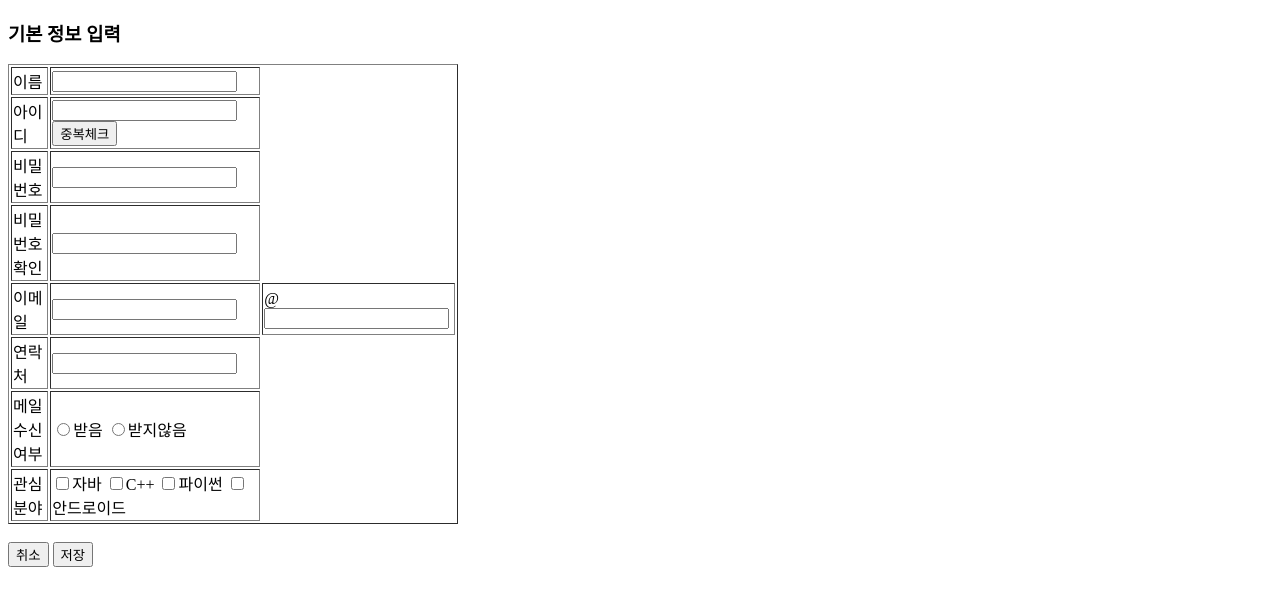
Repository: angelSuho/KCC_Learning_Repo
Page: Html/WebContent/mission03.html
An editor plug-in stored every save of this project. The page is shown before and after the next save, followed by the edit.
The browser window is 1280 px wide. The pictures show the whole page.

Above is the page before, as saved 2024-07-08 06:27:47.

After the next save:
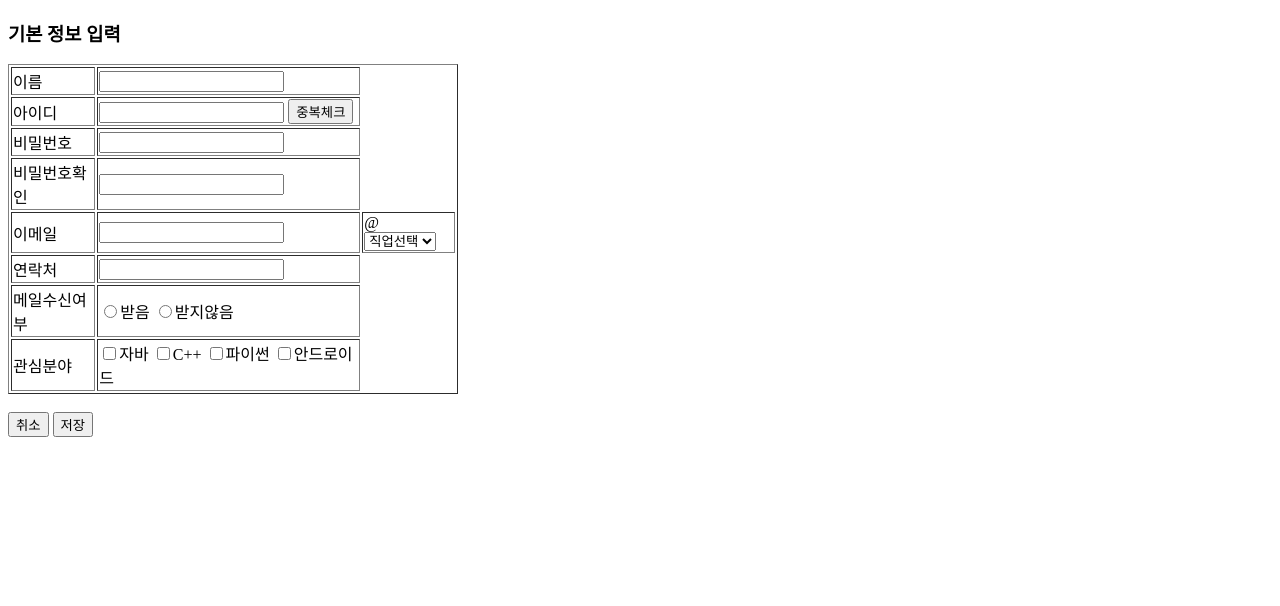
Saved 44 s later.
--- a/Html/WebContent/mission03.html
+++ b/Html/WebContent/mission03.html
@@ -37,7 +37,13 @@
 				<td colspan="4">
 					<input type="email" name="userPass">
 				</td>
-				<td>@<input type="select" name="selectEmail"></td>
+				<td>@
+					<select name="email">
+					<option value="">직업선택</option>
+				    <option value="학생">학생</option>
+				    <option value="회사원">회사원</option>
+				    <option value="기타">기타</option>
+				</td>
 			</tr>
 			<tr>
 				<td>연락처</td>
